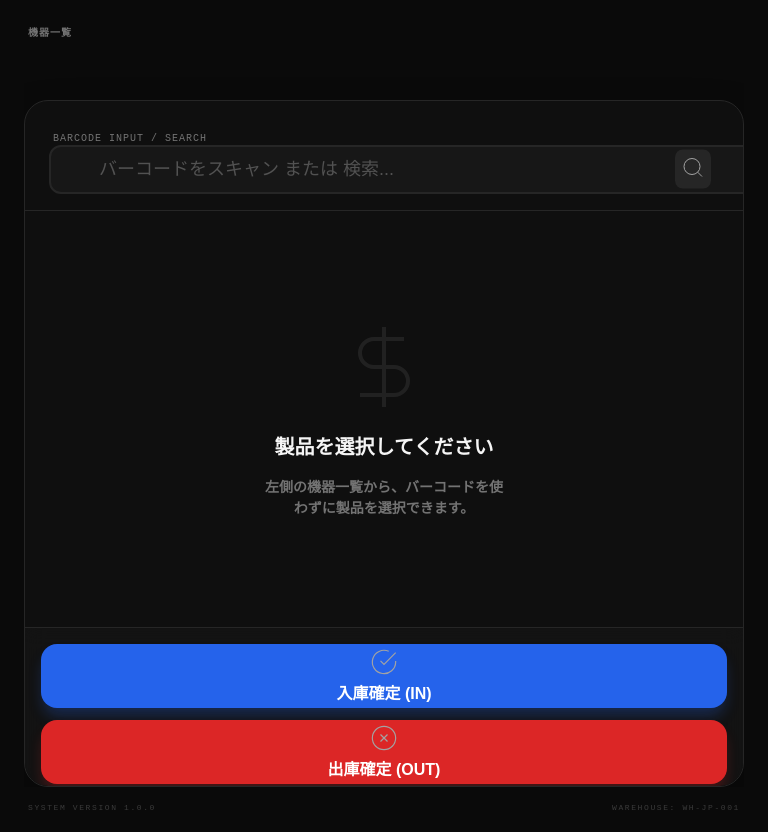
Repository: t-morika/Souko2_app
Page: index-list.html
An editor plug-in stored every save of this project. The page is shown before and after a run of saves, followed by the edit.
The browser window is 768 px wide. The pictures show the whole page.
The page's requests for data from a server got no answer.

Above is the page before, as saved 2026-04-30 10:55:45.

After the next 2 saves:
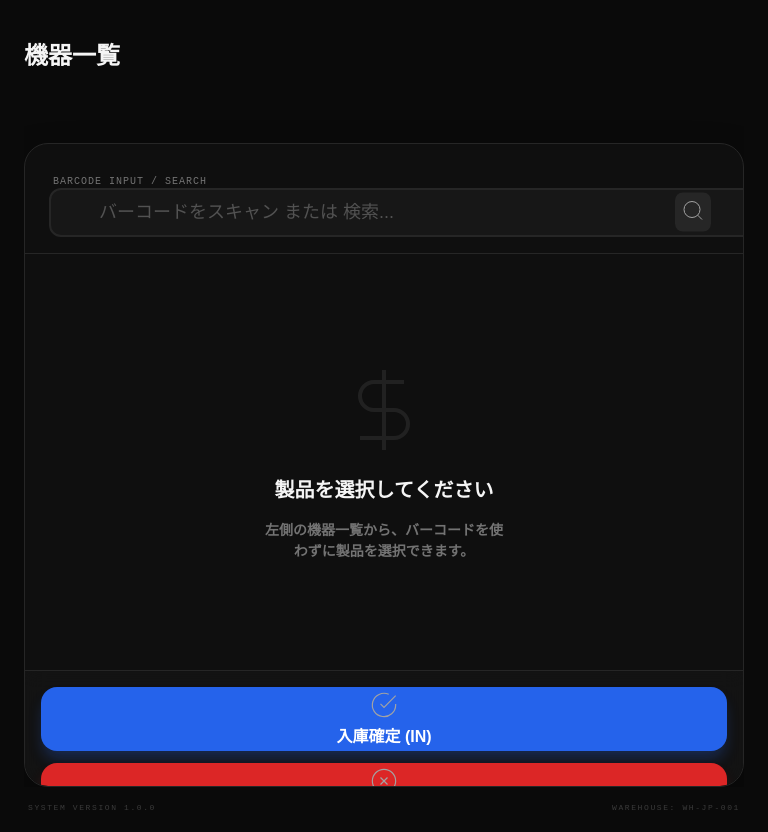
The 2 saves are shown as one change because they came seconds apart.
The last was saved 7 min 31 s later.
--- a/style.css
+++ b/style.css
@@ -95,72 +95,6 @@ body {
     grid-template-columns: 300px 1fr;
     gap: 1rem;
     overflow: hidden;
-}
-
-/* Quick Section */
-.quick-section {
-    display: flex;
-    flex-direction: column;
-    gap: 0.75rem;
-    overflow: hidden;
-}
-
-.section-title {
-    font-size: 10px;
-    font-family: 'JetBrains Mono', monospace;
-    text-transform: uppercase;
-    letter-spacing: 0.1em;
-    color: #737373;
-    margin-left: 0.25rem;
-    flex-shrink: 0;
-}
-
-.quick-grid {
-    display: grid;
-    grid-template-columns: repeat(2, 1fr);
-    gap: 0.75rem;
-    overflow-y: auto;
-    padding-right: 0.25rem;
-    padding-bottom: 0.5rem;
-}
-
-.quick-btn {
-    display: flex;
-    flex-direction: column;
-    align-items: center;
-    justify-content: center;
-    gap: 0.5rem;
-    aspect-ratio: 1;
-    border-radius: 1rem;
-    border: 2px solid #262626;
-    background-color: #171717;
-    color: #a3a3a3;
-    transition: all 0.2s;
-    cursor: pointer;
-    padding: 0.5rem;
-}
-
-.quick-btn:hover {
-    background-color: #262626;
-    border-color: #404040;
-}
-
-.quick-btn.active {
-    background-color: rgba(59, 130, 246, 0.1);
-    border-color: #3b82f6;
-    color: #3b82f6;
-}
-
-.quick-btn .icon {
-    width: 2rem;
-    height: 2rem;
-}
-
-.quick-btn span {
-    font-weight: bold;
-    font-size: 0.875rem;
-    text-align: center;
-    line-height: 1.2;
 }
 
 /* Product Section */
@@ -458,10 +392,6 @@ body {
         gap: 0.5rem;
     }
 
-    .quick-grid {
-        grid-template-columns: repeat(3, 1fr);
-    }
-
     .product-name {
         font-size: 1.875rem;
     }
